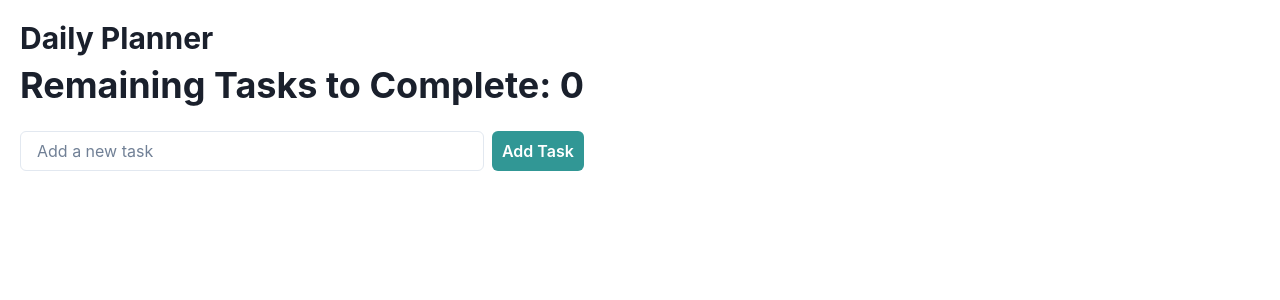
Repository: navnneett/COMP-3170-lab04
Page: /
These files come from the project's save history. The page is drawn as it stood at one moment and after the next save; the edit follows.
The browser window is 1280 px wide. The pictures show the whole page.
The project was rebuilt for these pictures with package versions that can differ from the ones it lists, and the page was loaded fresh each time. Also part of the build but not shown: vite.config.js, src/components/Task.jsx.

Above is the page before, as saved 2024-10-20 20:18:10.

After the next save:
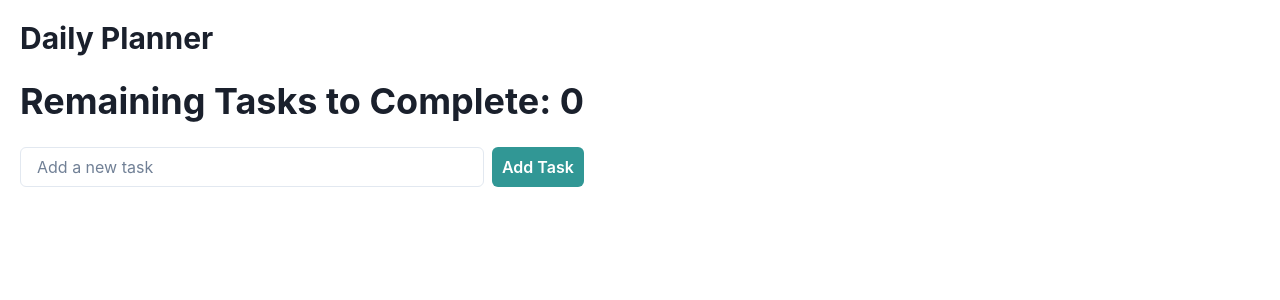
Saved 9 s later.
--- a/src/App.jsx
+++ b/src/App.jsx
@@ -29,7 +29,7 @@ function App() {
   return (
     <ChakraProvider>
       <Box p={5}>
-      <Heading mb={2} size="lg">Daily Planner</Heading>
+      <Heading mb={6} size="lg">Daily Planner</Heading>
       <Heading mb={6}>Remaining Tasks to Complete: {remainingTasks}</Heading>
         <TaskForm addTask={addTask} />
         <VStack spacing={3} mt={5}>
